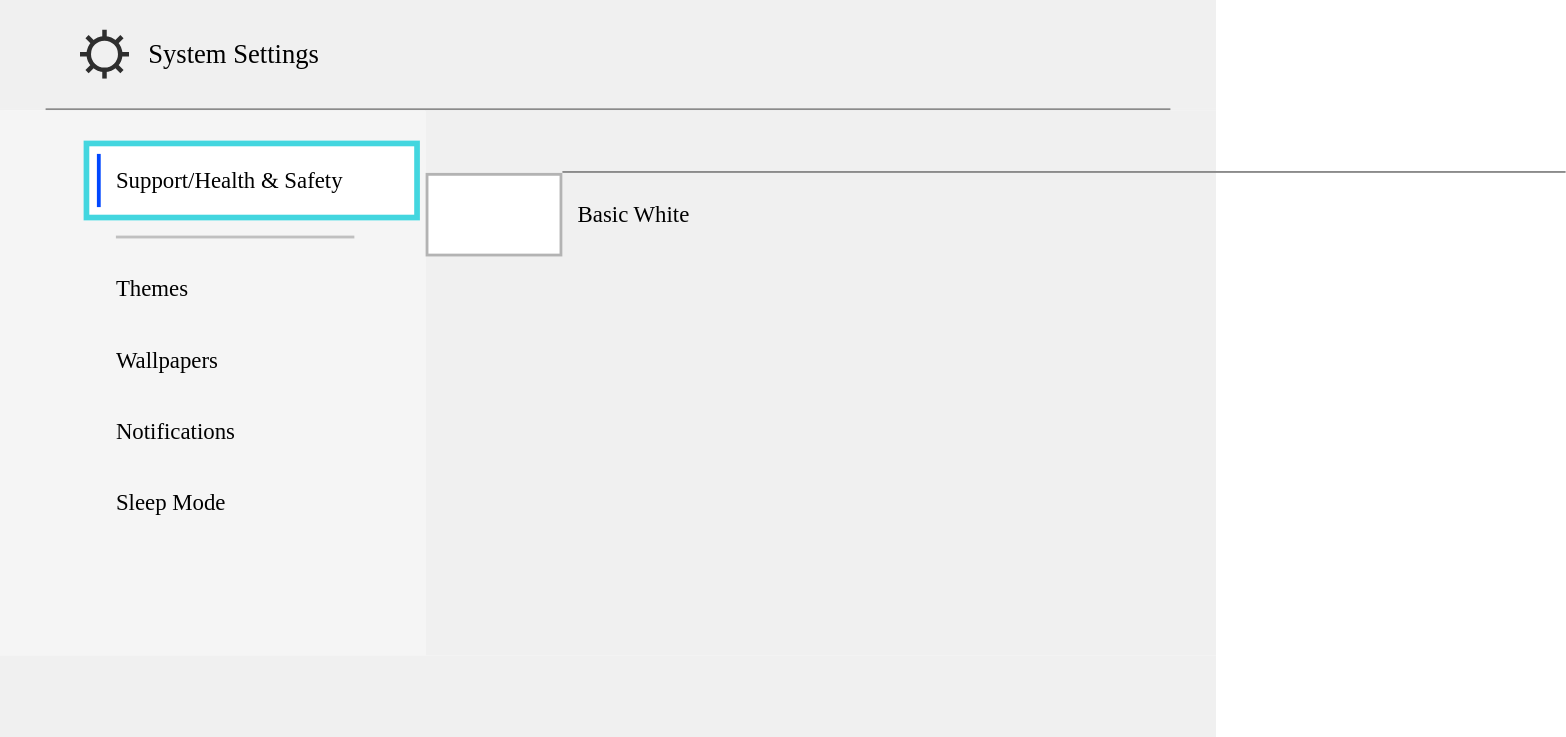
Repository: danielj1415/nintendoSwitchUI2
Page: /settings
The author's editor kept a copy of each file at every save. The page is drawn from the files as they stood at one save, then again after the next save.
The browser window is 1280 px wide. The page is 1648 px wide, so the pictures cover 1648 px, including what lies to the right of the window. The pictures show the whole page, at 95% of full size.
The project was rebuilt for these pictures with package versions that can differ from the ones it lists, and the page was loaded fresh each time. Also part of the build but not shown: vite.config.js, src/ScreenHome.jsx.

Above is the page before, as saved 2024-09-28 18:38:32.

### src/App.jsx
import { BrowserRouter as Router, Routes, Route } from "react-router-dom";
import ScreenHome from "./ScreenHome";
import ScreenSettings from "./ScreenSettings";
import './App.css';

function App() {
  return (
    <Router>
      <Routes>
        <Route path="/" element={<ScreenHome />} />
        <Route path="/settings" element={<ScreenSettings />} />
      </Routes>
    </Router>
  );
}

export default App;

### src/ScreenSettings.jsx

import "./ScreenSettings.css";
import iconBrightnessLight from "./assets/icons/iconBrightnessLight.svg";
import { useState, useEffect } from "react";

function ScreenSettings(){

    const settingsOptions = [
        { name: "Support/Health & Safety"},
        { name: "Themes"},
        { name: "Wallpapers"},
        { name: "Notifications"},
        { name: "Sleep Mode"},
        //{ name: "Airplane Mode"}, // Add corresponding images for these games
      ];

      const [selectedIndex, setSelectedIndex] = useState(0);
      const [optionsTheme, setOptionsTheme] = useState(true); // true means the user is on the Themes page for the system settings
      const [optionsWallpaper, setOptionsWallpaper] = useState(false); // true means the user is on the Wallpaper page for the system settings

      useEffect(() => {
        const handleKeyDown = (event) => {
          if (event.key === "ArrowDown") {
            event.preventDefault();
            setSelectedIndex((prevIndex) =>
              prevIndex < settingsOptions.length - 1 ? prevIndex + 1 : 0
            );
          } else if (event.key === "ArrowUp") {
            event.preventDefault();
            setSelectedIndex((prevIndex) =>
              prevIndex > 0 ? prevIndex - 1 : settingsOptions.length - 1
            );
          }
        };

        window.addEventListener("keydown", handleKeyDown);

        // Clean up the event listener
        return () => {
          window.removeEventListener("keydown", handleKeyDown);
        };
      }, [settingsOptions.length]);

    return(
        <div className = "settingsScreen">
            <div className = "topMenuSettings">
                <div className = "topMenuRow">
                    <img src = {iconBrightnessLight} className = "iconBrightnessLight marginRight28 marginLeft108"/>
                    <p className = "headingText">System Settings</p>
                </div>
                <div className = "divider"/>
            </div>
            <div className="middleMenuSettings">
            <div className="leftMenuSettings">
            <div className = "spacer"/>
            {/* Render the first option separately */}
            {settingsOptions.slice(0, 1).map((option, index) => (
                <div
                    key={index}
                    className={`leftMenuOptions ${
                        selectedIndex === index ? "selectedOption" : "unselectedOption"
                    }`}
                >
                    {selectedIndex === index && (
                        <div className="selectedOptionLine marginLeft8 marginRight16" />
                    )}
                    <div>
                        <p className={`subheadingText`}>{option.name}</p>
                    </div>
                    {/* Add a line after the first option */}
                    <div className="lineAfterOption"></div>
                </div>
            ))}
            <div className = "square"/>
            {/* Render the remaining options */}
            {settingsOptions.slice(1).map((option, index) => (
            <div
                key={index + 1}  // Offset index for the remaining items
                className={`leftMenuOptions ${
                    selectedIndex === index + 1 ? "selectedOption" : "unselectedOption"
                }`}
            >
                {selectedIndex === index + 1 && (
                    <div className="selectedOptionLine marginLeft8 marginRight16" />
                )}
                <div>
                    <p className={`subheadingText`}>{option.name}</p>
                </div>
            </div>
            ))}
            </div>
                <div className="rightMenuSettings">
                {optionsTheme === true && ( // theme page on system settings
                    <div className = "themePage">
                        <div className = "themeLine"></div>
                        <div className = "themeRow">
                            <div className = "themeWhiteRectangle marginLeft174 marginRight16"></div>
                            <p className = "subheadingText">Basic White</p>
                        </div>
                    </div>
                )}
                {optionsWallpaper === true && ( // wallpaper page on system settings
                    <div className = "wallpaperPage">
                        Your mom's wallpaper
                    </div>
                )}
                </div>
            </div>
            <div className = "bottomMenuSettings"></div>
        </div>
    )
}

export default ScreenSettings;

### src/App.css
html, body {
  margin: 0;
  padding: 0;
  height: 100%;
  width: 100%;
}

.appScreen{
  display: flex;
  justify-content: center;
  align-items: center;
  height: 100vh;
}

### src/ScreenHome.css

@import "./fonts.css";

/* Set the container to relative positioning */
.homeScreen {
    position: relative;
    width: 100vw;
    height: 100vh;
    overflow-x: hidden;
  }

  /* Set the image to cover the entire container */
  .wallpaper {
    position: absolute;
    top: 0;
    left: 0;
    width: 100%;
    height: 100%;
    object-fit: cover; /* Ensure the image covers the whole area */
    z-index: -1; /* Send the image to the background */
  }

  /* Row of squares */
  .square-row {
    display: flex;
    justify-content: space-between; /* Space the squares evenly */
    position: relative; /* Ensure it's positioned on top of the image */
    width: 100%;
    height: 460px; /* Adjust the height of the row */
    z-index: 1; /* Ensure the row stays above the image */
    top: 50%; /* Vertically center the row */
    transform: translateY(-340px); /* Adjust the top positioning for perfect centering */
    margin-left: 80px;
    gap: 32px;
  }

  /* Individual squares */
  .game {
    flex-shrink: 0;
    width: 360px;
    height: 360px;
    background-color: rgba(255, 255, 255, 0.2); /* Add some transparency */
    backdrop-filter: blur(15px); /* Apply the blur effect to the background */
    transition: all 0.3s ease; /* Smooth transition when selecting */
    display: flex; /* Enable Flexbox */
        justify-content: center; /* Horizontally center the image */
        align-items: center; /* Vertically center the image */
        box-shadow: 0 4px 8px rgba(0, 0, 0, 0.5); /* Add a soft shadow */
  }

  /* Selected game styles */
.game.selected {
    width: 440px; /* Increase the size of the selected game */
    height: 440px;
    transform: translateY(-60px);
  }

  .game-name {
    position: absolute;
    font-family: "Nintendo Switch UI";
    white-space: nowrap; /* Ensure the text stays on one line */
    left: 50%; /* Center the text horizontally */
    transform: translateX(-50%); /* Ensure centering within its container */
    height: 100px;
    top: -100px;
    width: 600px;

  }

  .game-name-text{
    color: #43D6DF;
    font-size: 36px;
    text-align: center;
  }
  .game-image {
    width: 92%;
    height: 92%;
    object-fit: cover; /* Ensure the image covers the entire div */
  }
  .game-image {
    opacity: 0.5; /* Make the image 50% opaque */
    transition: opacity 0.3s ease; /* Smooth transition for the opacity change */
  }

  /* Selected game's image (full opacity) */
  .game.selected .game-image {
    opacity: 1; /* Full opacity for the selected game's image */
  }

  .profileIconContainer{
    display: flex;
    flex-direction: column; /* Ensure the number and image are stacked vertically */
    align-items: center; /* Center the number and image horizontally */
    width: 64px;
    margin-left: 80px;
  }

  .imageProfile{
    width: 48px;
    height: 48px;
    border-radius: 50%;
    border: 3px solid #43D6DF;
    margin-top: -24px;
  }

  .profileFriends{
    font-family: "Nintendo Switch UI";
    font-size: 24px;
    color: #43D6DF
  }

  .circle-row{
    display: flex;
    gap: 28px;
    justify-content: center;
    margin-top: 96px;
  }

  .icons{
    width: 90px;
    height: 90px;
    border-radius: 50%;
    background-color: rgba(255, 255, 255, 0.3); /* Add some transparency */
    box-shadow: 0 4px 8px rgba(0, 0, 0, 0.5); /* Add a soft shadow */
    backdrop-filter: blur(15px);
  }

  .iconRowCircle{
    width: 90px;
    height: 90px;
    border-radius: 50%;
    background-color: rgba(255, 255, 255, 0.3); /* Add some transparency */
    box-shadow: 0 3px 6px rgba(0, 0, 0, 0.3); /* Add a soft shadow */
    backdrop-filter: blur(15px);
    display: flex;
    align-items: center;
    justify-content: center;
    position: relative;
  }

  .iconRowImage{
    width: 48px;
    height: 48px;
  }

  .iconRowImage2{
    width: 52px;
    height: 52px;
    margin-left: 4px;
    margin-top: 4px;
  }


.selectedIcon {
  position: relative;
}

.selectedIcon::before {
  content: "";
  position: absolute;
  top: -4px;
  left: -4px;
  width: calc(100%);
  height: calc(100%);
  border: 4px solid #43D6DF;
  border-radius: 50%;
  pointer-events: none;
}

  .bottomMenu{
    margin-left: 80px;
    margin-right: 80px;
    margin-top: 72px;
  }

  .lineDivider{
    height: 2px;
    width:auto;
    background-color: #ffffff;
  }

  .iconSwitchLight{
    width: 96px;
    height: 44px;
    box-shadow: 0 4px 8px rgba(0, 0, 0, 0.5);
    border-radius: 8px;
  }

  .bottomMenuRow{
    display: flex;
    align-items: center;
    justify-content: space-between;
    margin-top: 28px;
  }

  .bottomMenuRowIcons{
    width: 400px;
    height: 44px;
    display: flex;
    align-items: center;
    justify-content: end;
  }

  .iconA{
    width: 36px;
    height: 36px;
    box-shadow: 0 4px 8px rgba(0, 0, 0, 0.5);
    border-radius: 50%;
  }

  .iconOptions{
    width: 36px;
    height: 36px;
    box-shadow: 0 4px 8px rgba(0, 0, 0, 0.5);
    border-radius: 50%;
  }

  .bottomMenuRowText{
    font-family: "Nintendo Switch UI";
    color: white;
    font-size: 26px;
    text-shadow: 0 0 10px rgba(255, 255, 255, 0.8),
  }

  .marginRight20{
    margin-right: 20px;
  }

  .marginLeft84{
    margin-left: 84px;
  }

  @media (max-height: 800px) and (min-height: 700px)
  {
    .game {
        flex-shrink: 0;
        width: 306px;
        height: 306px;
        background-color: rgba(255, 255, 255, 0.3); /* Add some transparency */
        backdrop-filter: blur(15px); /* Apply the blur effect to the background */
        transition: all 0.3s ease; /* Smooth transition when selecting */
        display: flex; /* Enable Flexbox */
        justify-content: center; /* Horizontally center the image */
        align-items: center; /* Vertically center the image */
        box-shadow: 0 4px 8px rgba(0, 0, 0, 0.5); /* Add a soft shadow */
      }

      /* Selected game styles */
    .game.selected {
        width: 380px; /* Increase the size of the selected game */
        height: 380px;
        transform: translateY(-60px);
      }
      .game-name-text{
        color: #43D6DF;
        font-size: 32px;
        text-align: center;
      }
      .game-name {
        position: absolute;
        font-family: "Nintendo Switch UI";
        white-space: nowrap; /* Ensure the text stays on one line */
        left: 50%; /* Center the text horizontally */
        transform: translateX(-50%); /* Ensure centering within its container */
        height: 100px;
        top: -80px;
        width: 600px;
      }
      .square-row {
        display: flex;
        justify-content: space-between; /* Space the squares evenly */
        position: relative; /* Ensure it's positioned on top of the image */
        width: 100%;
        height: 360px; /* Adjust the height of the row */
        z-index: 1; /* Ensure the row stays above the image */
        top: 50%; /* Vertically center the row */
        transform: translateY(-280px); /* Adjust the top positioning for perfect centering */
        margin-left: 80px;
        gap: 32px;
      }
      .game-image {
        width: 92%;
        height: 92%;
        object-fit: cover; /* Ensure the image covers the entire div */
      }
      .game-image {
        opacity: 0.5; /* Make the image 50% opaque */
        transition: opacity 0.3s ease; /* Smooth transition for the opacity change */
      }

      /* Selected game's image (full opacity) */
      .game.selected .game-image {
        opacity: 1; /* Full opacity for the selected game's image */
      }
      .circle-row{
        display: flex;
        gap: 28px;
        justify-content: center;
        margin-top: 96px;
        height: 1px;
      }

      .icons{
        width: 72px;
        height: 72px;
        border-radius: 50%;
        background-color: rgba(255, 255, 255, 0.3); /* Add some transparency */
        box-shadow: 0 4px 8px rgba(0, 0, 0, 0.5); /* Add a soft shadow */
        backdrop-filter: blur(15px);
      }

      .iconRowCircle{
        width: 72px;
        height: 72px;
        border-radius: 50%;
        background-color: rgba(255, 255, 255, 0.3); /* Add some transparency */
        box-shadow: 0 3px 6px rgba(0, 0, 0, 0.3); /* Add a soft shadow */
        backdrop-filter: blur(15px);
        display: flex;
        align-items: center;
        justify-content: center;
        position: relative;
      }

      .iconRowImage{
        width: 40px;
        height: 40px;
      }

      .iconRowImage2{
        width: 48px;
        height: 48px;
        margin-left: 4px;
        margin-top: 4px;
      }


    .selectedIcon {
      position: relative;
    }

    .selectedIcon::before {
      content: "";
      position: absolute;
      top: -4px;
      left: -4px;
      width: calc(100%);
      height: calc(100%);
      border: 4px solid #43D6DF;
      border-radius: 50%;
      pointer-events: none;
    }
    .bottomMenu{
      margin-left: 80px;
      margin-right: 80px;
      height: 1px;
      margin-top: 108px;
    }

    .lineDivider{
      height: 2px;
      width:auto;
      background-color: #ffffff;
    }

    .iconSwitchLight{
      width: 84px;
      height: 52px;
      margin-top: 16px;
    }
    .bottomMenuRow{
      display: flex;
      align-items: center;
      justify-content: space-between;
      margin-top: 4px;
    }
    .iconA{
      width: 28px;
      height: 28px;
      box-shadow: 0 4px 8px rgba(0, 0, 0, 0.5);
      border-radius: 50%;
    }

    .iconOptions{
      width: 28px;
      height: 28px;
      box-shadow: 0 4px 8px rgba(0, 0, 0, 0.5);
      border-radius: 50%;
    }

    .bottomMenuRowText{
      font-family: "Nintendo Switch UI";
      color: white;
      font-size: 22px;
      text-shadow: 0 0 10px rgba(255, 255, 255, 0.8),
    }

}
@media (max-height: 920px) and (min-height: 800px)
{
  .lineDivider{
    height: 2px;
    width:auto;
    background-color: white;
  }
  .square-row {
    transform: translateY(-320px); /* Adjust the top positioning for perfect centering */
  }
  .circle-row{
    margin-top: 72px;
  }
}

### src/ScreenSettings.css

    @import "./fonts.css";

    .topMenuSettings{
        width: 100%;
        background-color: #F0F0F0;
    }

    .topMenuRow{
        display: flex;
        align-items: center;
        background-color: #F0F0F0;
        height: 142px;
    }

    .bottomMenuSettings{
        width: 100%;
        height: 116px;
        background-color: #F0F0F0;
    }

    .middleMenuSettings{
        display: flex;
    }

    .leftMenuSettings{
        width: 32%;
        height: 690px;
        background-color: #F5F5F5;
    }

    .rightMenuSettings{
        width: 68%;
        height: 690px;
        background-color: #F0F0F0;
    }

    .iconBrightnessLight{
        width: 66px;
        height: 66px;
    }

    .headingText{
        font-size: 34px;
        font-family: "Nintendo Switch UI";
    }

    .marginRight28{
        margin-right: 28px;
    }

    .marginLeft108{
        margin-left: 108px;
    }

    .divider{
        height: 2px;
        margin-left:48px;
        margin-right: 48px;
        background-color: #8B8B8B;
        justify-content: center;
    }

    .subheadingText{
        font-family: "Nintendo Switch UI";
        font-size: 30px;
    }

    .bottomMenuSettings{
        z-index: 1;
        position: absolute;
    }
    .selectedOption {
        width: 432px;
        height: 94px;
        background-color: #FFFFFF;
        border: 6px solid #43D6DF;
        display: flex; /* Use flexbox to align the blue line and text horizontally */
        align-items: center; /* Vertically center the items inside */
        margin-left: 122px;
    }
    .unselectedOption{
        margin-left: 160px;
        display: flex; /* Use flexbox to align the blue line and text horizontally */
        align-items: center; /* Vertically center the items inside */
    }
    .selectedOptionSub{
        display: flex;
        align-items: center;
        height: 72px;
    }
    .marginLeft8{
        margin-left: 8px;
    }

    .marginRight16{
        margin-right: 18px;
    }

    .marginLeftselectedOption{
        margin-left: 88px;
    }

    .spacer{
        width: 4px;
        height: 32px;
        background-color: #F5F5F5;
    }

    .square {
        width: 432px;    /* Set the width of the square */
        height: 2px;   /* Set the height of the square */
        background-color: #8B8B8B; /* You can change the color of the square */
        margin-top: 16px;
        margin-bottom: 16px;
        margin-left: 128px;
    }

    .selectedOptionLine{
        height: 72px;
        width: 6px;
        background-color: #0047FF;
    }

    .themeLine{
        height: 2px;
        width: 1056px;
        margin-left: 144px;
        margin-top: 64px;
        background-color: #8B8B8B;
    }

    .themeRow{
        display: flex;
        align-items: center;
    }

    .themeWhiteRectangle{
        width: 138px;
        height: 82px;
        background-color: white;
        border: 3px solid #B3B3B3;
    }


    @media (max-height: 800px) and (min-height: 700px)
    {
        .headingText{
            font-size: 28px;
            font-family: "Nintendo Switch UI";
        }
        .subheadingText{
            font-family: "Nintendo Switch UI";
            font-size: 24px;
        }
        .iconBrightnessLight{
            width: 52px;
            height: 52px;
        }
        .leftMenuOptions{
            margin-left: 0px;
            margin-top: 0px;
        }
        .marginRight28{
            margin-right: 20px;
        }

        .marginLeft108{
            margin-left: 84px;
        }
        .topMenuRow{
            display: flex;
            align-items: center;
            background-color: #F0F0F0;
            height: 114px;
        }
        .bottomMenuSettings{
            width: 100%;
            height: 86px;
            background-color: #F0F0F0;
        }
        .leftMenuSettings{
            width: 35%;
            height: 574px;
            background-color: #F5F5F5;
        }

        .rightMenuSettings{
            width: 65%;
            height: 574px;
            background-color: #F0F0F0;
        }

        .marginLeft124{
            margin-left: 124px;
        }

        .selectedOption {
            width: 342px;
            height: 72px;
            background-color: #FFFFFF;
            border: 6px solid #43D6DF;
            display: flex; /* Use flexbox to align the blue line and text horizontally */
            align-items: center; /* Vertically center the items inside */
            margin-left: 88px;
        }
        .unselectedOption{
            margin-left: 122px;
            display: flex; /* Use flexbox to align the blue line and text horizontally */
            align-items: center; /* Vertically center the items inside */
        }

        .selectedOptionSub{
            display: flex;
            align-items: center;
            height: 72px;
        }

        .selectedOptionLine{
            height: 56px;
            width: 4px;
            background-color: #0047FF;
        }

        .marginLeft8{
            margin-left: 8px;
        }

        .marginRight16{
            margin-right: 16px;
        }

        .marginLeftselectedOption{
            margin-left: 88px;
        }

        .spacer{
            width: 4px;
            height: 32px;
            background-color: #F5F5F5;
        }

        .square {
            width: 56%;    /* Set the width of the square */
            height: 3px;   /* Set the height of the square */
            background-color: #C0C0C0; /* You can change the color of the square */
            margin-left: 122px;
            margin-top: 16px;
            margin-bottom: 16px;
        }


    }

### src/fonts.css

@font-face {
    font-family: "Nintendo Switch";
    src: url("/src/assets/fonts/NINTENDOSWITCHUI.TTF");
  }

Loaded but not shown: index.html (common file); src/main.jsx (common file)

After the next save:
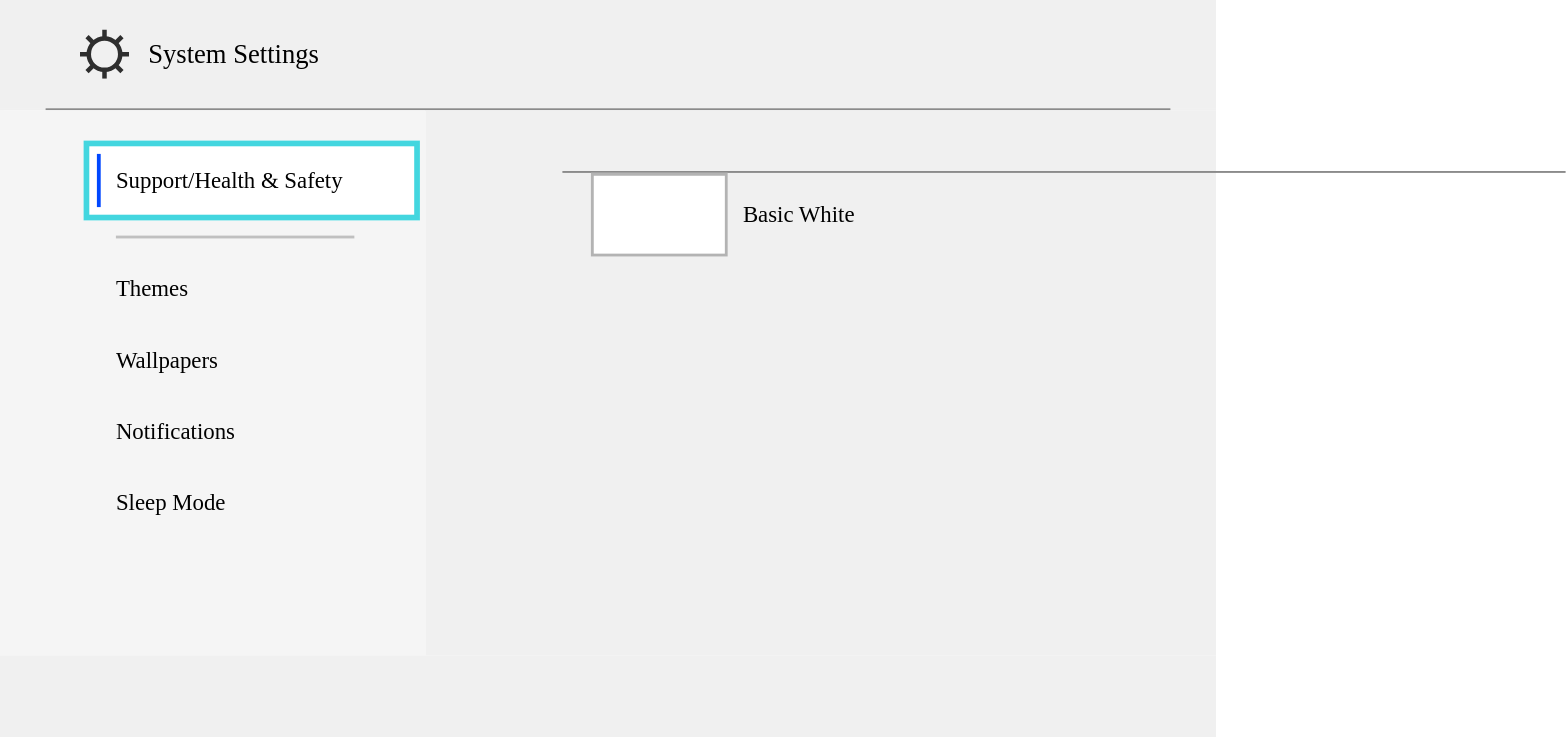
Saved 15 s later.
--- a/src/ScreenSettings.css
+++ b/src/ScreenSettings.css
@@ -142,6 +142,10 @@
         border: 3px solid #B3B3B3;
     }
 
+    .marginLeft174{
+        margin-left: 174px;
+    }
+
 
     @media (max-height: 800px) and (min-height: 700px)
     {
